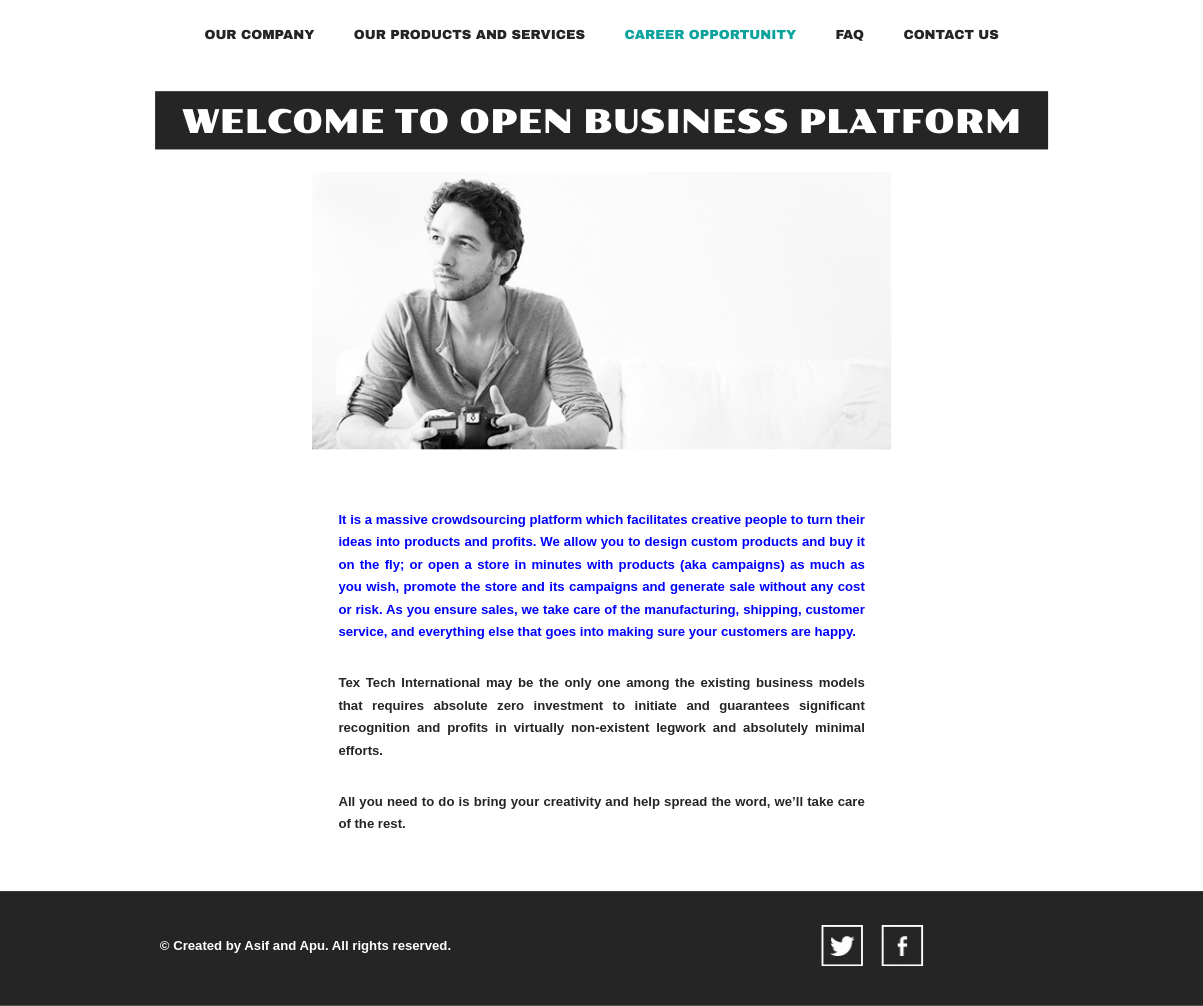
Repository: asifdotpy/textechint
Page: about.html
An editor plug-in stored every save of this project. The page is shown before and after the next save, followed by the edit.
The browser window is 1280 px wide. The pictures show the whole page, at 94% of full size.

Above is the page before, as saved 2021-02-24 00:52:35.

### about.html
<!doctype html>
<html>
<head>
	<meta charset="UTF-8">
	<meta name="viewport" content="width=device-width, initial-scale=1.0">
	<title>Career Opportunity - Tex Tech International</title>
	<link rel="stylesheet" type="text/css" href="css/style.css">
	<link rel="stylesheet" type="text/css" href="css/mobile.css" media="screen and (max-width : 568px)">
	<script type="text/javascript" src="js/mobile.js"></script>
</head>
<body>
	<div id="header">
		<ul id="navigation">
			<li>
				<a href="index.html">our company</a>
			</li>
			<li>
				<a href="gallery.html">Our Products and services
				</a>
			</li>
			<li class="selected">
				<a href="about.html">career opportunity</a>
			</li>
			<li>
				<a href="blog.html">faq</a>
			</li>
			<li>
				<a href="contact.html">contact us</a>
			</li>
		</ul>
	</div>
	<div id="body">
		<h1><span>Welcome to Open Business Platform</span></h1>
		<div>
			<img src="images/photographer.jpg" alt="">
			<div class="article">
				<!--<h3>Tex Tech International is the first and largest open business platform in Bangladesh</h3>-->
				<p><strong style="color: blue;"Tex Tech International</st is the first and largest open business platform in Bangladesh, which might as well be the game changer in the business concepts of the country. </p>
				<!--<h3>Our goal </h3>-->
				<p>It is a massive crowdsourcing platform which facilitates creative people to turn their ideas into products and profits. We allow you to design custom products and buy it on the fly; or open a store in minutes with products (aka campaigns) as much as you wish, promote the store and its campaigns and generate sale without any cost or risk. As you ensure sales, we take care of the manufacturing, shipping, customer service, and everything else that goes into making sure your customers are happy.</p>
				<!--<h3>Be Part of Our Community</h3>-->
				<p><b>Tex Tech International</b> may be the only one among the existing business models that requires absolute zero investment to initiate and guarantees significant recognition and profits in virtually non-existent legwork and absolutely minimal efforts.</p>
				<!--<h3>Work area</h3>-->
				<p>All you need to do is bring your creativity and help spread the word, we’ll take care of the rest.</p>
			</div>
		</div>
	</div>
	<div id="footer">
		<div>
			<p>&copy; Created by Asif and Apu. All rights reserved.</p>
			<ul>
				<li>
					<a href="http://freewebsitetemplates.com/go/twitter/" id="linkedin">lindedin</a>
				</li>
				<li>
					<a href="https://www.facebook.com/textechint" target="_blank" id="facebook">facebook</a>
			</ul>
		</div>
	</div>
</body>
</html>

### css/style.css
@font-face {
	font-family: 'poller_oneregular';
	src: url('../fonts/pollerone/pollerone-webfont.eot');
	src: url('../fonts/pollerone/pollerone-webfont.eot?#iefix') format('embedded-opentype'),
		 url('../fonts/pollerone/pollerone-webfont.woff') format('woff'),
		 url('../fonts/pollerone/pollerone-webfont.ttf') format('truetype'),
		 url('../fonts/pollerone/pollerone-webfont.svg#poller_oneregular') format('svg');
}
@font-face {
	font-family: 'leckerli_oneregular';
	src: url('../fonts/leckerlione/leckerlione-regular-webfont.eot');
	src: url('../fonts/leckerlione/leckerlione-regular-webfont.eot?#iefix') format('embedded-opentype'),
		 url('../fonts/leckerlione/leckerlione-regular-webfont.woff') format('woff'),
		 url('../fonts/leckerlione/leckerlione-regular-webfont.ttf') format('truetype'),
		 url('../fonts/leckerlione/leckerlione-regular-webfont.svg#leckerli_oneregular') format('svg');
}

body {
	background: #fff;
	font-family: Arial, Helvetica, sans-serif;
	font-size: 14px;
	font-weight: normal;
	line-height: 1;
	margin: 0;
	min-width: 960px;
	padding: 0;
}
p {
	color: #252525;
	line-height: 24px;
	margin: 0;
	padding: 0;
}
p a {
	color: #252525;
	text-decoration: underline;
}
p a:hover {
	color: #898989;
}
#header {
	margin: 0 auto;
	padding: 4px 0 50px;
	text-align: center;
	width: 960px;
}
#header a.logo {
	display: block;
	margin: 0 auto;
	padding: 0;
	width: 340px;
}
#header a.logo img {
	border: 0;
	display: block;
	margin: 0;
	padding: 0;
}
#header ul {
	margin: 0;
	padding: 25px 0 0;
}
#header ul li {
	display: inline;
	list-style: none;
	margin: 0;
	padding: 0 19px;
}
#header ul li a {
	color: #252525;
	display: inline-block;
	font-family: "Arial Black", Gadget, sans-serif;
	font-size: 14px;
	font-weight: normal;
	margin: 0;
	padding: 0 0 3px;
	text-decoration: none;
	text-transform: uppercase;
}
#header ul li a:hover, #header ul li.selected a {
	color: #0ba39c;
}
#body {
	margin: 0;
	padding: 0 0 30px;
	text-align: center;
}
#body h1 {
	color: #fff;
	display: inline;
	font-family: poller_oneregular;
	font-size: 35px;
	font-weight: normal;
	margin: 0;
	padding: 0;
	text-transform: uppercase;
}
#body h1 span {
	background: #252525;
	display: inline-block;
	padding: 15px 28px 12px;
}
#body > div {
	margin: 0 auto;
	padding: 0;
	width: 960px;
}
#body > div img {
	border: 0 auto;
	margin: 24px 0 0;
	padding: 0;
}
#body > div .article {
	margin: 0 auto;
	padding: 30px 30px 0;
	width: 560px;
}
#body > div .article h2 {
	font-family: "Arial Black", Gadget, sans-serif;
	font-size: 25px;
	font-weight: normal;
	margin: 0 0 30px;
}
#body > div .article h3 {
	color: #252525;
	line-height: 24px;
	margin: 0;
	padding: 0;
}
#body > div .article h4 {
	background: #252525;
	color: #fff;
	display: inline-block;
	font-family: "Arial Black", Gadget, sans-serif;
	font-size: 25px;
	font-weight: normal;
	margin: 0 0 30px;
	padding: 8px 27px 10px;
}
#body > div .article p {
	margin: 0 0 30px;
	text-align: justify;
}
#body div div ul {
	margin: 0;
	padding: 24px 10px 0;
	width: 940px;
	list-style-type: none;
}
#body div div ul li {
	border: 2px solid #1a1a1a;
	display: block;
	list-style: none;
	margin: 0 0 13px;
	overflow: hidden;
	padding: 0;
}
#body div ul li .figure {
	border-right: 2px solid #1a1a1a;
	float: left;
	margin: 0;
	padding: 0;
	width: 376px;
}
#body div ul li img {
	border: 0;
	display: block;
	margin: 0;
	padding: 0;
	opacity: 0.8;
	transition: 0.5s ease-in-out;
}
#body div ul li .figure:hover img {
	opacity: 1;
}
#body div ul li div {
	float: left;
	margin: 0;
	padding: 63px 0 20px;
	width: 558px;
}
#body div ul li div h3 {
	color: #252525;
	font-family: "Arial Black", Gadget, sans-serif;
	font-size: 25px;
	font-weight: normal;
	margin: 0;
	padding: 0;
	text-transform: uppercase;
}
#body div ul li div p {
	padding: 30px 30px 18px;
}
#body div ul li div a.more {
	background: #000;
	color: #fff;
	display: inline-block;
	font-family: "Arial Black", Gadget, sans-serif;
	font-size: 18px;
	font-weight: normal;
	margin: 0;
	padding: 8px 28px;
	text-decoration: none;
	text-transform: uppercase;
}
#body div ul li div a.more:hover {
	color: #252525;
	background: #fff;
	border: 2px solid #252525;
}
#body #featured {
	margin: 0 0 13px;
	padding: 0;
	position: relative;
	width: 100%;
}
#body #featured img {
	border: 0;
	display: block;
	margin: 0;
	padding: 0;
	width: 100%;
	height: auto;
}
#body #featured div {
	left: 50%;
	margin-left: -480px;
	margin-top: -171px;
	padding: 0 0 0 470px;
	position: absolute;
	top: 50%;
	text-align: left;
	width: 490px;
}
#body #featured div h2 {
	background: #fff;
	color: #000;
	display: inline-block;
	font-family: poller_oneregular;
	font-size: 20px;
	font-weight: normal;
	margin: 0 0 18px;
	padding: 23px 27px 20px;
	text-transform: uppercase;
}
#body #featured div span {
	background: #252525;
	color: #fff;
	display: inline-block;
	font-size: 20px;
	margin: 7px 0;
	padding: 12px 27px;
}
#body #featured div a {
	background: #0ba39c;
	color: #fff;
	display: inline-block;
	font-size: 16px;
	margin: 15px 0 0;
	padding: 26px 27px 22px;
	text-align: center;
	text-decoration: none;
	text-transform: uppercase;
}
#body #featured div a:hover {
	background: #1fc3bc;
}
#body > ul {
	margin: 0 auto;
	overflow: hidden;
	padding: 24px 0 0;
	width: 960px;
}
#body > ul li {
	display: block;
	float: left;
	margin: 0 10px 20px;
	padding: 0;
	width: 300px;
}
#body > ul li a {
	color: #000;
	display: block;
	font-family: poller_oneregular;
	font-size: 20px;
	font-weight: normal;
	margin: 0;
	padding: 0;
	text-align: center;
	text-decoration: none;
	text-transform: uppercase;
}
#body > ul li a img {
	border: 2px solid #1a1a1a;
	display: block;
	margin: 0;
	padding: 0;
	opacity: .8;
	transition: 0.5s ease-in-out;
}
#body > ul li a:hover img {
	opacity: 1;
}
#body > ul li a span {
	display: block;
	margin: 0;
	padding: 33px 0 0;
}
#body form {
	margin: 0 auto;
	padding: 24px 0 0;
	width: 620px;
}
#body form input, #body form textarea {
	border: 2px solid #252525;
	color: #252525;
	font-family: Arial, Helvetica, sans-serif;
	font-size: 15px;
	font-weight: normal;
	margin: 0 0 37px;
	padding: 20px 10px;
	text-align: center;
	text-transform: uppercase;
	width: 596px;
}
#body form textarea {
	height: 175px;
	overflow: auto;
	resize: none;
}
#body form #send {
	background: #252525;
	color: #fff;
	font-family: "Arial Black", Gadget, sans-serif;
	font-size: 15px;
	font-weight: normal;
	display: inline-block;
	padding: 20px 28px;
	width: auto;
}
#body form #send:hover {
	background: #fff;
	color: #252525;
	cursor: pointer;
}
#footer {
	background: #252525;
	margin: 0;
	padding: 36px 0 42px;
}
#footer div {
	margin: 0 auto;
	overflow: hidden;
	padding: 0;
	width: 960px;
}
#footer div p {
	color: #fff;
	float: left;
	line-height: 44px;
	margin: 0 0 0 10px;
	padding: 0;
}
#footer div ul {
	display: block;
	float: right;
	margin: 0;
	overflow: hidden;
	padding: 0;
	width: 256px;
}
#footer div ul li {
	display: block;
	float: left;
	list-style: none;
	margin: 0 10px;
	padding: 0;
	width: 44px;
}
#footer div ul li a {
	background: url(../images/icons.jpg) no-repeat 0 0;
	display: block;
	height: 44px;
	margin: 0;
	padding: 0;
	text-indent: -99999px;
	width: 44px;
}
#footer div ul li #linkedin {
	background-position: 0 0;
}
#footer div ul li #linkedin:hover {
	background-position: -44px 0;
}
#footer div ul li #facebook {
	background-position: 0 -44px;
}
#footer div ul li #facebook:hover {
	background-position: -44px -44px;
}

div .intro h1 {
	margin: 0px 50px;
	padding: 0px 50px;
	background-color: #0ba39c;
	text-decoration: #1a1a1a;
}

div .intro p {
	margin: 10px;
	padding: 10px;
	font-size: 16px;
}

div .main {
	font-size: 15px;
}



.post-container {
    margin: 20px 20px 0 0;
    border: 5px solid #333;
    overflow: auto
}
.post-thumb {
    float: left;
}
.post-thumb img {
    display: block;
}
.post-content {
    margin-left: 210px
}
.post-title {
    font-weight: bold;
    font-size: 200%
}

div .main {
	text-align: justify;
}

div .article

### js/mobile.js
window.onload = function(){
	var getNavi = document.getElementById('navigation');

	var mobile = document.createElement("span");
	mobile.setAttribute("id","mobile-navigation");
	getNavi.parentNode.insertBefore(mobile,getNavi);

	document.getElementById('mobile-navigation').onclick = function(){
		var a = getNavi.getAttribute('style');
		if(a){
			getNavi.removeAttribute('style');
			document.getElementById('mobile-navigation').style.backgroundImage='url(images/mobile-menu.png)';
		} else {
			getNavi.style.display='block';
			document.getElementById('mobile-navigation').style.backgroundImage='url(images/mobile-close.png)';
		}
	};
	var getElm = getNavi.getElementsByTagName("LI");
	for(var i=0;i<getElm.length;i++){
		if(getElm[i].children.length>1){
			var smenu = document.createElement("span");
			smenu.setAttribute("class","mobile-submenu");
			smenu.setAttribute("OnClick","submenu("+i+")");
			getElm[i].appendChild(smenu);
		};
	};
	submenu = function (i){
		var sub = getElm[i].children[1];
		var b = sub.getAttribute('style');
		if(b){
			sub.removeAttribute('style');
			getElm[i].lastChild.style.backgroundImage='url(images/mobile-expand.png)';
			getElm[i].lastChild.style.backgroundColor='rgba(11, 163, 156, 0.7)';
		} else {
			sub.style.display='block';
			getElm[i].lastChild.style.backgroundImage='url(images/mobile-collapse.png)';
			getElm[i].lastChild.style.backgroundColor='rgba(0,0,0,0.8)';
		}
	};
};

### css/mobile.css
body {
	min-width: 0;
}
#header {
	padding: 20px 0;
	position: relative;
	width: 100%;
}
#header a.logo {
	width: 80%;
}
#header a.logo img {
	width: 100%;
}
#mobile-navigation {
	background: url(../images/mobile-menu.png) no-repeat 0 0;
	display: block;
	height: 50px;
	margin: 30px auto 0;
	padding: 0;
	width: 50px;
}
#header ul {
	border: 1px solid #fff;
	display: none;
	left: 50%;
	margin-left: -45%;
	padding: 0;
	position: absolute;
	width: 90%;
	z-index: 1001;
}
#header ul li {
	border-top: 1px solid #fff;
	display: block;
	margin: 0;
	padding: 0;
	position: relative;
}
#header > ul > li:first-child {
	border: 0;
}
#header ul li a {
	background: rgba(11, 163, 156, 0.9);
	color: #fff;
	display: block;
	font-family: Arial, Helvetica, sans-serif;
	font-size: 16px;
	font-weight: normal;
	height: 49px;
	line-height: 49px;
	padding: 0 15px;
	text-align: left;
}
#header ul li a:hover, #header ul li.selected a {
	background: rgba(0, 0, 0, 0.9);
	color: #fff;
}
#header ul ul {
	display: none;
	border: 0;
	height: auto;
	left: 0;
	margin: 0;
	position: relative;
	width: 100%;
}
#header ul ul li a {
	text-indent: 15px;
}
#header ul li span {
	background: rgba(11, 163, 156, 0.9) url(../images/mobile-expand.png) no-repeat 0 0;
	border-left: 1px solid #fff;
	display: block;
	height: 49px;
	position: absolute;
	right: 0;
	top: 0;
	width: 50px;
}
#body {
	width: 100%;
}
#body h1 {
	display: block;
	font-size: 20px;
	margin: 0 auto;
	width: 90%;
}
#body h1 span {
	display: block;
	padding: 3%;
	width: 94%;
}
#body > div {
	padding: 0 5%;
	width: 90%;
}
#body > div img {
	margin: 24px 0 30px;
	width: 98%
}
#body > div .article {
	padding: 0;
	width: 100%;
}
#body > div .article h2, #body > div .article h4 {
	font-size: 18px;
	font-weight: bold;
}
#body #featured {
	overflow: hidden;
	margin: 0 0 20px
}
#body #featured img {
	min-width: 960px;
}
#body #featured div {
	left: 0;
	margin: 0;
	padding: 0 2%;
	position: absolute;
	top: 0;
	text-align: left;
	width: 96%;
}
#body #featured div h2 {
	font-size: 14px;
	font-weight: normal;
	margin: 50px 0 10px;
	padding: 8px 5px;
}
#body #featured div span {
	display: block;
	font-size: 14px;
	margin: 10px 0;
	padding: 10px;
}
#body #featured div a {
	font-size: 14px;
	margin: 5px 0 0;
	padding: 10px;
}
#body > ul {
	overflow: visible;
	padding: 0 5%;
	width: 90%;
}
#body ul.gallery {
	padding: 5% 0;
	overflow: hidden;
	width: 100%;
}
#body > ul li {
	float: none;
	margin: 0;
	width: 100%;
}
#body ul.gallery li {
	float: left;
	margin: 0 0 5% 5%;
	width: 42%;
}
#body > ul li a img {
	width: 98%;
}
#body > ul li a span {
	padding: 15px 0;
}
#body div ul {
	margin: 0;
	padding: 20px 0 0;
	width: 100%;
}
#body div ul li {
	overflow: visible;
	padding: 0 0 20px;
	width: 99%;
}
#body div ul li .figure {
	border: 0;
	display: block;
	float: none;
	margin: 0 0 20px;
	width: 100%;
}
#body div ul li .figure img {
	width: 100%;
}
#body div ul li div {
	float: none;
	padding: 0;
	width: 100%;
}
#body div ul li div a.more:hover {
	height: 14px;
	line-height: 14px;
}
#body form {
	width: 100%;
}
#body form input, #body form textarea {
	margin: 0 0 20px;
	padding: 10px;
	width: 84%;
}
#body form #send {
	padding: 10px;
}
#footer {
	padding: 10px 0 25px;
}
#footer div {
	overflow: visible;
	width: 100%;
}
#footer div p {
	float: none;
	margin: 0;
	text-align: center;
}
#footer div ul {
	float: none;
	margin: 0 auto;
	width: 256px;
}

After the next save:
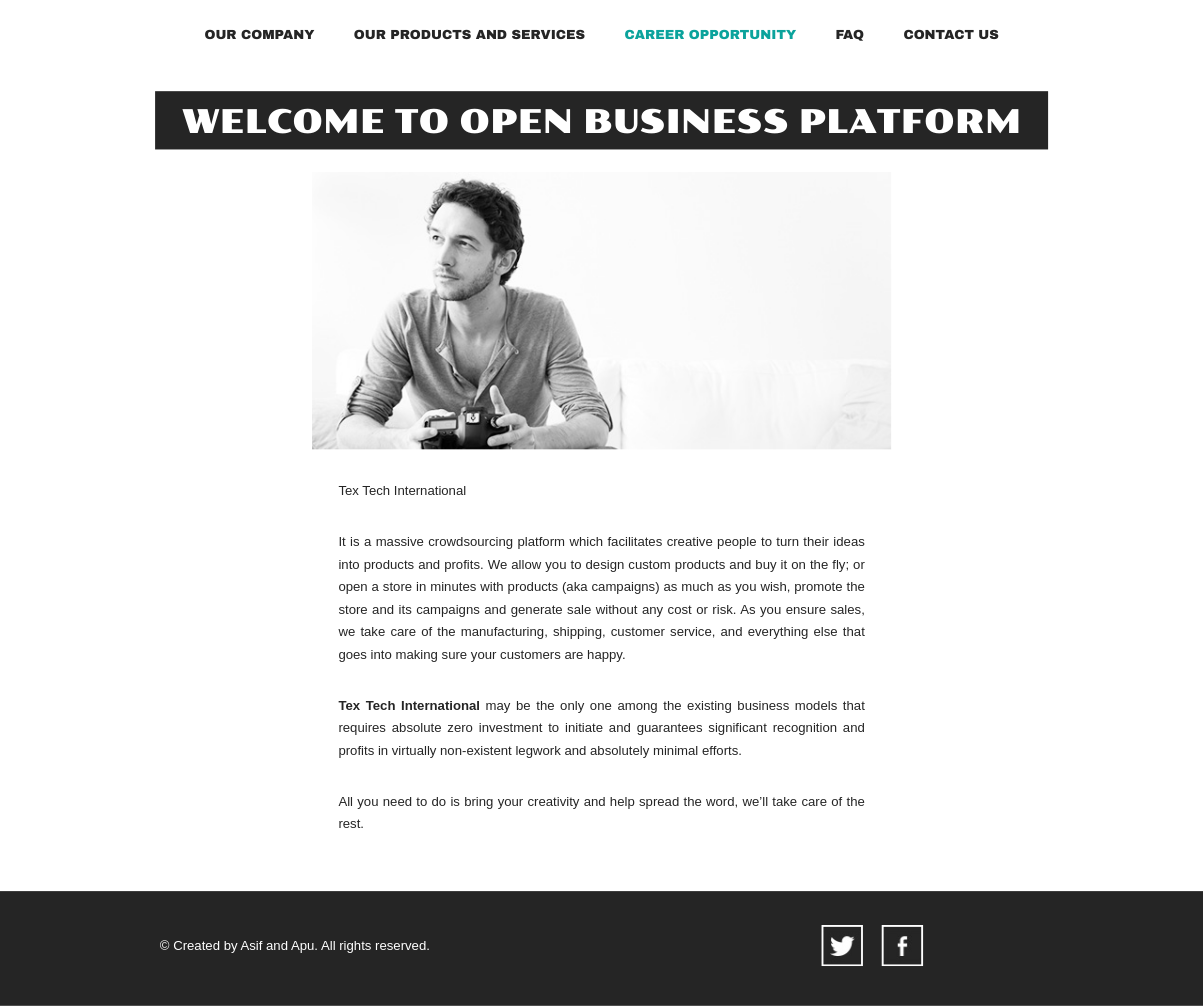
Saved 9 s later.
--- a/about.html
+++ b/about.html
@@ -35,7 +35,7 @@
 			<img src="images/photographer.jpg" alt="">
 			<div class="article">
 				<!--<h3>Tex Tech International is the first and largest open business platform in Bangladesh</h3>-->
-				<p><strong style="color: blue;"Tex Tech International</st is the first and largest open business platform in Bangladesh, which might as well be the game changer in the business concepts of the country. </p>
+				<p><strong style="color: blue;"></strong>Tex Tech International</st is the first and largest open business platform in Bangladesh, which might as well be the game changer in the business concepts of the country. </p>
 				<!--<h3>Our goal </h3>-->
 				<p>It is a massive crowdsourcing platform which facilitates creative people to turn their ideas into products and profits. We allow you to design custom products and buy it on the fly; or open a store in minutes with products (aka campaigns) as much as you wish, promote the store and its campaigns and generate sale without any cost or risk. As you ensure sales, we take care of the manufacturing, shipping, customer service, and everything else that goes into making sure your customers are happy.</p>
 				<!--<h3>Be Part of Our Community</h3>-->
